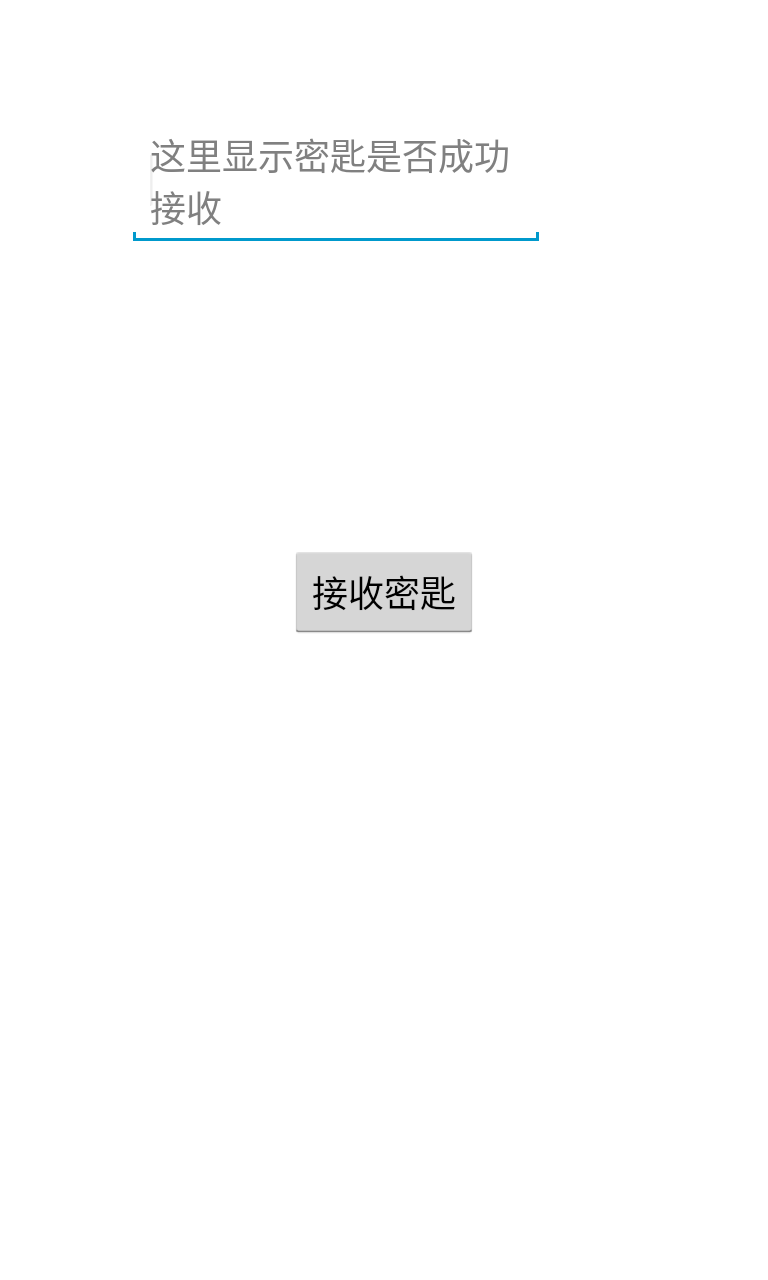
Repository: tenglei/AndroidBackup
Layout: AndroidTest/res/layout/activity_main.xml
The author's editor kept a copy of each file at every save. The layout is drawn from the files as they stood at one save, then again after the next save.
It is drawn on a 768 x 1280 px phone screen (xhdpi) without system bars, with theme AppTheme; the app's code is not run.

Above is the layout before, as saved 2017-01-02 06:10:35.

### AndroidTest/res/layout/activity_main.xml
<RelativeLayout xmlns:android="http://schemas.android.com/apk/res/android"
    xmlns:tools="http://schemas.android.com/tools"
    android:layout_width="match_parent"
    android:layout_height="match_parent"
    android:paddingBottom="@dimen/activity_vertical_margin"
    android:paddingLeft="@dimen/activity_horizontal_margin"
    android:paddingRight="@dimen/activity_horizontal_margin"
    android:paddingTop="@dimen/activity_vertical_margin"
    tools:context="com.example.androidtest.MainActivity" >

    <LinearLayout
        android:id="@+id/linearLayout2"
        android:layout_width="wrap_content"
        android:layout_height="wrap_content"
        android:layout_marginLeft="47dp"
        android:layout_marginTop="108dp"
        android:orientation="vertical" >
    </LinearLayout>

    <LinearLayout
        android:id="@+id/linearLayout1"
        android:layout_width="wrap_content"
        android:layout_height="wrap_content"
        android:layout_centerHorizontal="true"
        android:layout_centerVertical="true"
        android:orientation="vertical" >

        <Space
            android:layout_width="match_parent"
            android:layout_height="wrap_content" />

    </LinearLayout>

    <EditText
        android:id="@+id/editText1"
        android:layout_width="wrap_content"
        android:layout_height="wrap_content"
        android:layout_alignBottom="@+id/linearLayout2"
        android:layout_toRightOf="@+id/linearLayout2"
        android:ems="10"
        android:hint="这里显示密匙是否成功接收"
		android:editable="false"
        android:inputType="textMultiLine" >
        <requestFocus />
    </EditText>

    <Button
        android:id="@+id/button1"
        android:layout_width="wrap_content"
        android:layout_height="wrap_content"
        android:layout_above="@+id/linearLayout1"
        android:layout_centerHorizontal="true"
        android:text="接收密匙" />

</RelativeLayout>

Loaded but not shown: AndroidTest/res/values/styles.xml (common file); AndroidTest/res/values-v11/styles.xml (common file); AndroidTest/res/values-v14/styles.xml (common file); AndroidTest/res/values/dimens.xml (common file); AndroidTest/res/values-w820dp/dimens.xml (common file)

After the next save:
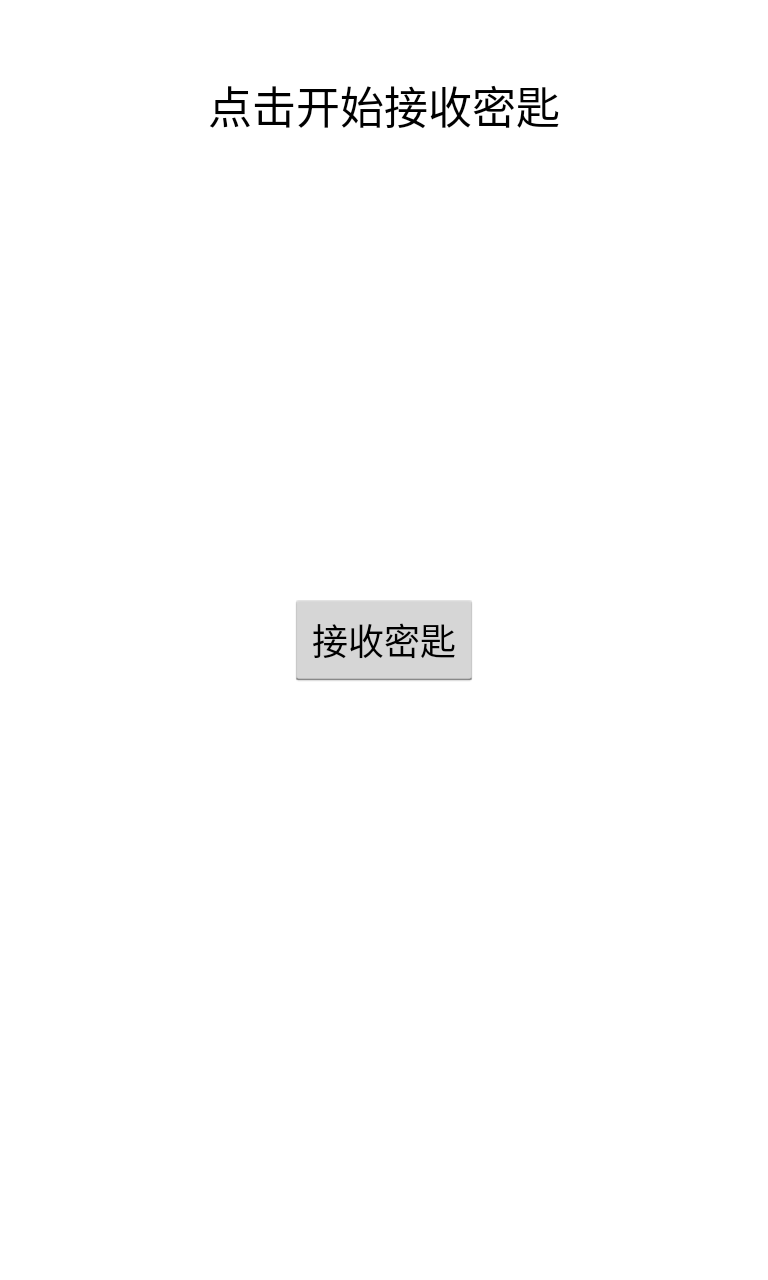
Saved 6 min 40 s later.
--- a/AndroidTest/res/layout/activity_main.xml
+++ b/AndroidTest/res/layout/activity_main.xml
@@ -8,48 +8,22 @@
     android:paddingTop="@dimen/activity_vertical_margin"
     tools:context="com.example.androidtest.MainActivity" >
 
-    <LinearLayout
-        android:id="@+id/linearLayout2"
-        android:layout_width="wrap_content"
-        android:layout_height="wrap_content"
-        android:layout_marginLeft="47dp"
-        android:layout_marginTop="108dp"
-        android:orientation="vertical" >
-    </LinearLayout>
-
-    <LinearLayout
-        android:id="@+id/linearLayout1"
+    <Button
+        android:id="@+id/button1"
         android:layout_width="wrap_content"
         android:layout_height="wrap_content"
         android:layout_centerHorizontal="true"
         android:layout_centerVertical="true"
-        android:orientation="vertical" >
+        android:text="接收密匙" />
 
-        <Space
-            android:layout_width="match_parent"
-            android:layout_height="wrap_content" />
-
-    </LinearLayout>
-
-    <EditText
-        android:id="@+id/editText1"
+    <TextView
+        android:id="@+id/textView1"
         android:layout_width="wrap_content"
         android:layout_height="wrap_content"
-        android:layout_alignBottom="@+id/linearLayout2"
-        android:layout_toRightOf="@+id/linearLayout2"
-        android:ems="10"
-        android:hint="这里显示密匙是否成功接收"
-		android:editable="false"
-        android:inputType="textMultiLine" >
-        <requestFocus />
-    </EditText>
-
-    <Button
-        android:id="@+id/button1"
-        android:layout_width="wrap_content"
-        android:layout_height="wrap_content"
-        android:layout_above="@+id/linearLayout1"
+        android:layout_alignParentTop="true"
         android:layout_centerHorizontal="true"
-        android:text="接收密匙" />
+        android:layout_marginTop="20dp"
+        android:text="点击开始接收密匙"
+        android:textAppearance="?android:attr/textAppearanceLarge" />
 
 </RelativeLayout>
